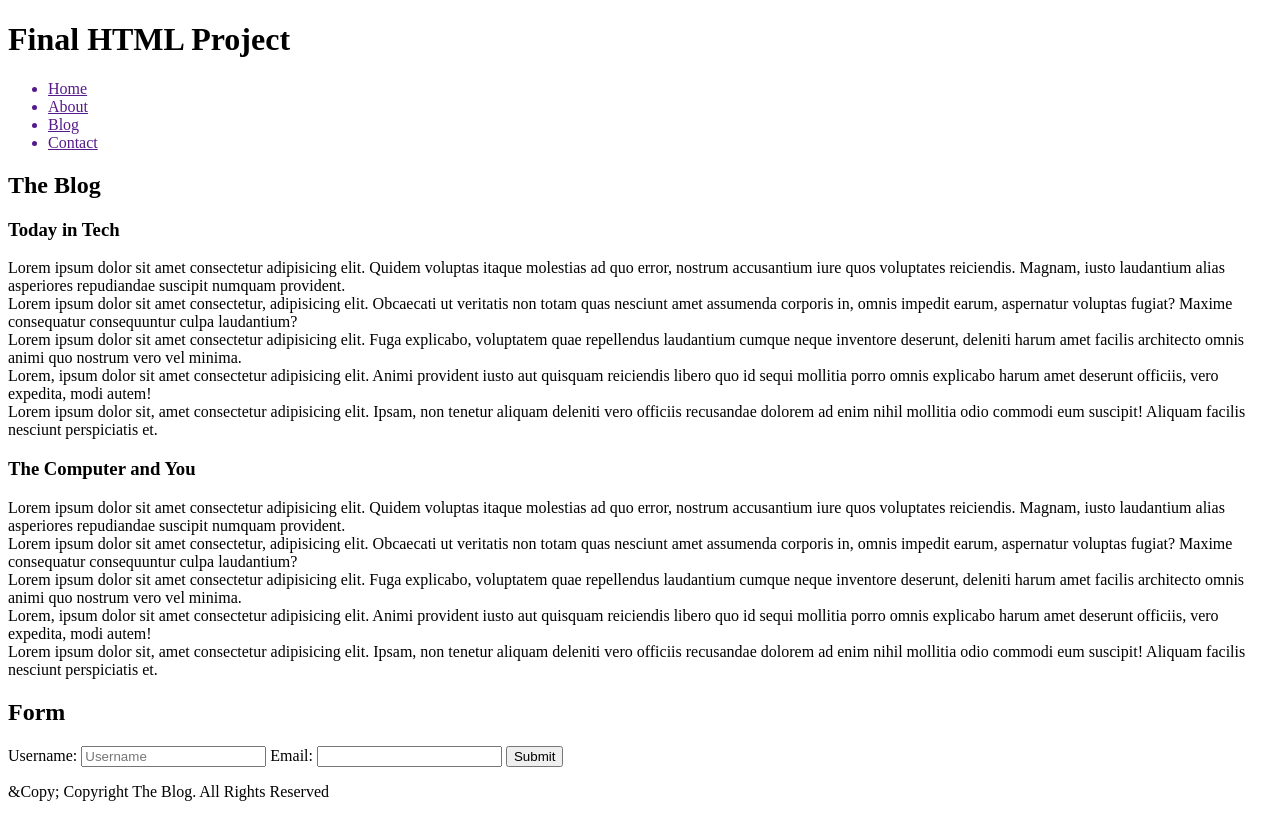
Repository: kmasih/finalHTMLProject
Page: index.HTML
These files come from the project's save history. The page is drawn as it stood at one moment and after the next save; the edit follows.
The browser window is 1280 px wide. The pictures show the whole page.

Above is the page before, as saved 2018-05-28 02:15:09.

After the next save:
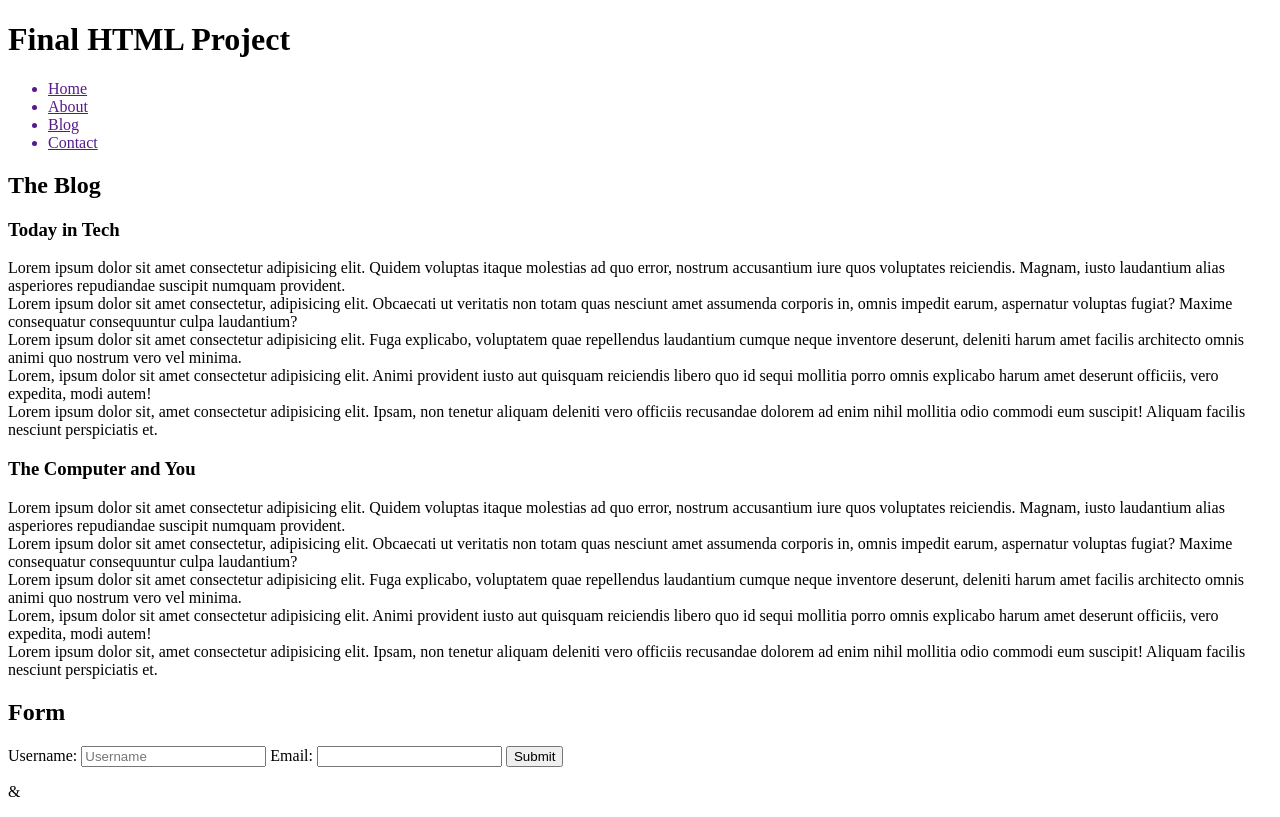
Saved 4 min 36 s later.
--- a/index.HTML
+++ b/index.HTML
@@ -88,11 +88,12 @@
 
             <input type="submit" value="Submit">
         </form>
-
     </section>
 
+
     <footer>
-        <p> &Copy; Copyright The Blog. All Rights Reserved</p>
+        <p>&
+            <Copy: My Blog All Rights Reserved</p>
     </footer>
 </body>
 
